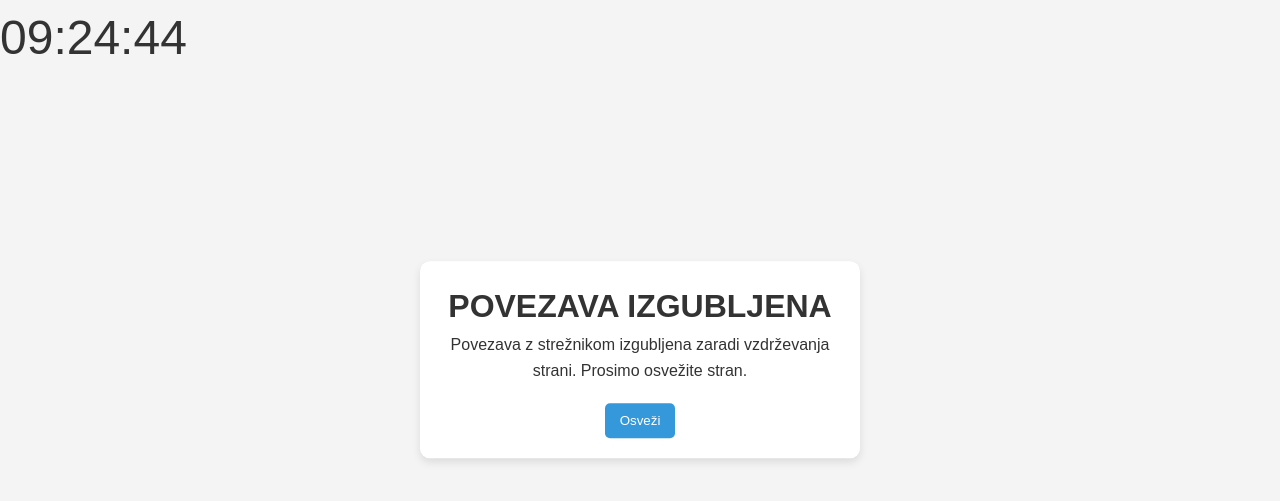
Repository: razrednicasopis/razrednicasopis.github.io
Page: Resources/ura.html
The author's editor kept a copy of each file at every save. The page is drawn from the files as they stood at one save, then again after a run of saves.
The browser window is 1280 px wide. The pictures show the whole page.

Above is the page before, as saved 2024-03-07 09:25:34.
Console error: TypeError: Cannot read properties of null (reading 'addEventListener')

### Resources/ura.html
<!DOCTYPE html>
<html lang="en">
<head>
  <meta charset="UTF-8">
  <title>Digitalna ura</title>
  <link rel="stylesheet" href="styless.css">
  <link rel="stylesheet" href="system.css">
</head>
<body>

  <div class="blur-container"></div>
  <div class="clock" id="clock"></div>

  <div id="maintenancePopup">
    <div id="maintenancePopupContent">
      <h1>POVEZAVA IZGUBLJENA</h1>
      <p>Povezava z strežnikom izgubljena zaradi vzdrževanja strani. Prosimo osvežite stran.</p>
      <button id="closeMaintenancePopupBtn">Osveži</button>
    </div>
</div>


  <script src="alerts.js"></script>
  <script src="maintenancemode.js"></script>
  <script>
    function updateClock() {
      const now = new Date();
      const hours = String(now.getHours()).padStart(2, '0');
      const minutes = String(now.getMinutes()).padStart(2, '0');
      const seconds = String(now.getSeconds()).padStart(2, '0');

      const time = `${hours}:${minutes}:${seconds}`;
      document.getElementById('clock').innerText = time;
    }

    // Update every second
    setInterval(updateClock, 1000);

    // Initial call to set the initial time
    updateClock();
  </script>
</body>
</html>

### Resources/styless.css
* {
  margin: 0;
  padding: 0;
  box-sizing: border-box;
}

/* Globalni slogi */
body {
  font-family: Arial, sans-serif;
  line-height: 1.6;
  background-color: #f4f4f4;
  color: #333;
  margin: 0;
  padding: 0;
  max-height: 100vh;
}


.container {
    text-align: center;
    margin-top: 50px;
}

.border-box {
    display: inline-block;
    padding: 200px;
    width: 550px;
    height: 500px;
    border: 5px solid #333; /* Set your desired border color */
    border-radius: 30px; /* Set the border radius for slightly curved corners */
    background-color: #333; /* Set your desired background color inside the border */
}

header {
  background: #333;
  color: #fff;
  padding: 20px;
}

header h1 {
  margin-bottom: 10px;
  font-size: 36px;
}

nav ul {
  list-style: none;
}

nav ul li {
  display: inline;
  margin-right: 20px;
}

nav ul li a {
  color: #fff;
  text-decoration: none;
}

main {
  padding: 20px;
}

section {
  margin-bottom: 30px;
}

section h2 {
  margin-bottom: 15px;
}

article {
  background: #fff;
  padding: 20px;
  border-radius: 5px;
  box-shadow: 0 0 5px rgba(0, 0, 0, 0.1);
}

article h3 {
  margin-bottom: 10px;
}

article p {
  color: #666;
}

article a {
  display: inline-block;
  margin-top: 10px;
  text-decoration: none;
  color: #333;
  border-bottom: 1px solid #333;
  padding-bottom: 2px;
}

article a:hover {
  color: #000;
  border-color: #000;
}



footer {
  text-align: center;
  padding: 30px;
  background-color: #333;
  color: #fff;
  position: absolute;
  bottom: auto;
  width: 100%;
  text-align: center;
}

### Resources/system.css
/* Koda za "Coming Soon" pop-up */

#popupContainer {
    display: none;
    position: fixed;
    top: 50%;
    left: 50%;
    transform: translate(-50%, -50%);
    background-color: #ffffff;
    box-shadow: 0 4px 8px rgba(0, 0, 0, 0.1);
    padding: 20px;
    border-radius: 10px;
    text-align: center;
    z-index: top;
  }

  #popupContent {
    max-width: 400px;
    margin: 0 auto;
  }

  #closePopupBtn {
    background-color: #3498db;
    color: #ffffff;
    padding: 10px 15px;
    border: none;
    border-radius: 5px;
    cursor: pointer;
  }

  #closePopupBtn:hover {
      background-color: #4da8e1;
  }

  #showPopupLink {
    display: inline-block;
    padding: 10px 15px;
    color: #ffffff;
    text-decoration: none;
    border-radius: 5px;
    cursor: pointer;
  }

body.popup-open {
   overflow: hidden;
}

.popup-open .blur-container {
  filter: blur(5px); /* Apply blur effect only when popup is open */
  pointer-events: none;
}

#maintenancePopup {
  display: none;
  position: fixed;
  top: 50%;
  left: 50%;
  transform: translate(-50%, -50%);
  background-color: #ffffff;
  box-shadow: 0 4px 8px rgba(0, 0, 0, 0.1);
  padding: 20px;
  border-radius: 10px;
  text-align: center;
  z-index: 999;
}

#maintenancePopupContent {
  max-width: 400px;
  margin: 0 auto;
}

#closeMaintenancePopupBtn {
  background-color: #3498db;
  color: #ffffff;
  padding: 10px 15px;
  border: none;
  border-radius: 5px;
  cursor: pointer;
  margin-top: 20px;
}

#closeMaintenancePopupBtn:hover {
  background-color: #4da8e1;
}

/* Koda za "Kontakt" obrazec */

#contactform {
    align-self: center;
    }

    .formcontainer {
      text-align: center;
      margin-top: 50px;
      display: flex;
      justify-content: center;
      align-items: flex-start; /* Align items at the top */
  }

  .border-box {
      display: inline-block;
      padding: 20px;
      width: 550px;
      height: 500px;
      border: 5px solid #333; /* Set your desired border color */
      border-radius: 30px; /* Set the border radius for slightly curved corners */
      background-color: #333; /* Set your desired background color inside the border */
  }

  form input,
form textarea {
    width: calc(100% - 40px); /* Adjusted width with a bit of padding on each side */
    padding: 10px; /* Increased padding for better readability */
    margin-bottom: 5px; /* Increased spacing between input areas */
    margin-top: 25px; /* Move input areas slightly lower */
    height: 40px; /* Increased height to make input areas bigger */
}

form select{
width: calc(100% - 40px); /* Adjusted width with a bit of padding on each side */
padding: 10px; /* Increased padding for better readability */
margin-bottom: 5px;
margin-top: 20px; /* Move input areas slightly lower */
height: 40px; /* Height of input areas */
border: 1px solid #ccc; /* Border style */
border-radius: 5px; /* Border radius */
font-size: 16px; /* Font size */
}

form textarea {
  height: 120px;
}

/* Form Submit Button Styles */

/* Your existing CSS code */
/* Koda za "Coming Soon" pop-up */

#popupContainer {
  display: none;
  position: fixed;
  top: 50%;
  left: 50%;
  transform: translate(-50%, -50%);
  background-color: #ffffff;
  box-shadow: 0 4px 8px rgba(0, 0, 0, 0.1);
  padding: 20px;
  border-radius: 10px;
  text-align: center;
  z-index: top;
}


#popupContent {
  max-width: 400px;
  margin: 0 auto;
}

#closePopupBtn {
  background-color: #3498db;
  color: #ffffff;
  padding: 10px 15px;
  border: none;
  border-radius: 5px;
  cursor: pointer;
}

#closePopupBtn:hover {
    background-color: #4da8e1;
}

#showPopupLink {
  display: inline-block;
  padding: 10px 15px;
  color: #ffffff;
  text-decoration: none;
  border-radius: 5px;
  cursor: pointer;
}

body.popup-open {
 overflow: hidden;
}

body.blur {
filter: blur(5px);
pointer-events: none;
z-index: 1;
}

/* Koda za "Kontakt" obrazec */

#contactform {
  align-self: center;
}

.formcontainer {
  text-align: center;
  margin-top: 50px;
  display: flex;
  justify-content: center;
  align-items: flex-start; /* Align items at the top */
}

.border-box {
  display: inline-block;
  padding: 20px;
  width: 550px;
  height: 500px;
  border: 5px solid #333; /* Set your desired border color */
  border-radius: 30px; /* Set the border radius for slightly curved corners */
  background-color: #333; /* Set your desired background color inside the border */
}

form input,
form textarea {
  width: calc(100% - 40px); /* Adjusted width with a bit of padding on each side */
  padding: 10px; /* Increased padding for better readability */
  margin-bottom: 5px; /* Increased spacing between input areas */
  margin-top: 25px; /* Move input areas slightly lower */
  height: 40px; /* Increased height to make input areas bigger */
}

form select{
width: calc(100% - 40px); /* Adjusted width with a bit of padding on each side */
padding: 10px; /* Increased padding for better readability */
margin-bottom: 5px;
margin-top: 20px; /* Move input areas slightly lower */
height: 40px; /* Height of input areas */
border: 1px solid #ccc; /* Border style */
border-radius: 5px; /* Border radius */
font-size: 16px; /* Font size */
}

form textarea {
height: 120px;
}

/* Combined CSS for Blob Button */

*, *:before, *:after {
  box-sizing: border-box;
  margin: 0;
  padding: 0;
}

.buttons {
  margin-top: 2 0px;
  text-align: center;
  border-radius: 30px;
}

.blob-btn {
  z-index: 1;
  position: relative;
  padding: 20px 150px;
  margin-bottom: 40px;
  margin-top: 10px;
  text-align: center;
  text-transform: uppercase;
  color: #0505A9;
  font-size: 16px;
  font-weight: bold;
  background-color: transparent;
  outline: none;
  border: none;
  transition: color 0.5s;
  cursor: pointer;
  border-radius: 30px;
}
.blob-btn:before {
  content: "";
  z-index: 1;
  position: absolute;
  left: 0;
  top: 0;
  width: 100%;
  height: 100%;
  border: 2px solid #0505A9;
  border-radius: 30px;
}
.blob-btn:after {
  content: "";
  z-index: -2;
  position: absolute;
  left: 3px;
  top: 3px;
  width: 100%;
  height: 100%;
  transition: all 0.3s 0.2s;
  border-radius: 30px;
}
.blob-btn:hover {
  color: #FFFFFF;
  border-radius: 30px;
}
.blob-btn:hover:after {
  transition: all 0.3s;
  left: 0;
  top: 0;
  border-radius: 30px;
}
.blob-btn__inner {
  z-index: -1;
  overflow: hidden;
  position: absolute;
  left: 0;
  top: 0;
  width: 100%;
  height: 100%;
  border-radius: 30px;
  background: #ffffff;
}
.blob-btn__blobs {
  position: relative;
  display: block;
  height: 100%;
  filter: url("#goo");
}
.blob-btn__blob {
  position: absolute;
  top: 2px;
  width: 30%;
  height: 100%;
  background: #0505A9;
  border-radius: 100%;
  transform: translate3d(0, 150%, 0) scale(1.7);
  transition: transform 0.45s;
}
@supports (filter: url("#goo")) {
  .blob-btn__blob {
    transform: translate3d(0, 150%, 0) scale(1.4);
  }
}
.blob-btn__blob:nth-child(1) {
  left: 0%;
  transition-delay: 0s;
}
.blob-btn__blob:nth-child(2) {
  left: 30%;
  transition-delay: 0.08s;
}
.blob-btn__blob:nth-child(3) {
  left: 60%;
  transition-delay: 0.16s;
}
.blob-btn__blob:nth-child(4) {
  left: 90%;
  transition-delay: 0.24s;
}
.blob-btn:hover .blob-btn__blob {
  transform: translateZ(0) scale(1.7);
}

/* Define the keyframes for the pulse effect */
@keyframes pulse {
  0% {
    box-shadow: 0 0 0 0 rgba(255, 255, 255, 0.7); /* Initial box shadow color, adjust to match button color */
  }
  50% {
    box-shadow: 0 0 0 20px rgba(255, 255, 255, 0); /* Intermediate box shadow color */
  }
  100% {
    box-shadow: 0 0 0 0 rgba(255, 255, 255, 0); /* Final box shadow color */
  }
}

/* Apply the animation to the button when it's clicked or focused */
.blob-btn:active, .blob-btn:focus {
  animation: pulse 0.3s ease-in-out; /* Adjust the duration to control the pulse speed */
}

@supports (filter: url("#goo")) {
  .blob-btn:hover .blob-btn__blob {
    transform: translateZ(0) scale(1.5);
  }
}

/* CSS za uro */

.clock {
  display: flex;
  font-size: 3em;
}


/*CSS za vse stranske nav skupine razen za glavno */

.seznamvsebin {
  display: inline-block;
  vertical-align: bottom;
  width: calc(20% - 4px); /* Adjust width to accommodate border */
  box-sizing: border-box;
  margin: 40px;
  border: 3px solid #000; /* Border thickness */
  height: 750px; /* Set desired height */
  /* Additional styling for seznamvsebin if needed */
  background-color: #f2f2f2;

}

.seznamvsebin nav {
    justify-content: center;
    padding: 30px;

}

.seznamvsebin nav a {
      display: inline-block;
      padding: 5px 10px;
      color: #000000;
      text-align: center;
      text-decoration: none;
      margin-bottom: 5px;
      border: 2px, transparent;
      border-radius: 5px;
      transition: linear, border 0.1s linear;
      font-weight: bold;
}


.seznamvsebin nav a:hover {
    background-color: #e0e0e0;
    border: 2px solid #000000
}

.NoviceContent {
  float: right; /* Align to the right */
  width: calc(80% - 250px); /* Adjusted width */
  box-sizing: border-box;
  margin-top: 100px;
}

.NoviceContent p {
  margin-bottom: 20px;
}

/* Pravila Obrazca CSS */

.pravilaobrazca {
  height: 630px;
}

.pravilaobrazca_opozorilo {
  margin-top: 275px; /* Keeps this div at the bottom */
  color: #666; /* Change text color if desired */
}

/* Random CSS */

/* CSS for the admin credits list */

.creditscontainer {
  display: flex;
  flex-wrap: wrap;
}

.creditslist {
  flex: 1;
  margin: 10px;
  padding: 0;
  list-style-type: none;
}

.creditslist li {
  margin-bottom: 5px;
}

### Resources/alerts.js
 document.addEventListener('DOMContentLoaded', function () {
        document.querySelectorAll('.showPopupLink').forEach(function (link) {
            link.addEventListener('click', function (event) {
                event.preventDefault();
                document.getElementById('popupContainer').style.display = 'block';
                document.body.classList.add('popup-open');
            });
        });

        document.getElementById('closePopupBtn').addEventListener('click', function () {
            document.getElementById('popupContainer').style.display = 'none';
            document.body.classList.remove('popup-open');
        });
    });

    //Maintenance mode pop-up

    document.addEventListener('DOMContentLoaded', function ()  {
        function toggleMaintenancePopup(show) {
            var maintenancePopup = document.getElementById('maintenancePopup');
            if (maintenancePopup) {
                maintenancePopup.style.display = show ? 'block' : 'none';
                document.body.classList.toggle('popup-open', show);
                console.log(Error);
            }
        }


    function checkMaintenanceStatus() {
        setInterval(function () {


            toggleMaintenancePopup(maintenanceMode);

        }, 1000);
    }

    document.getElementById('closeMaintenancePopupBtn').addEventListener('click', function ()  {
        location.reload();
    });

    checkMaintenanceStatus();
});

### Resources/maintenancemode.js
var maintenanceMode = true;

After the next 3 saves:
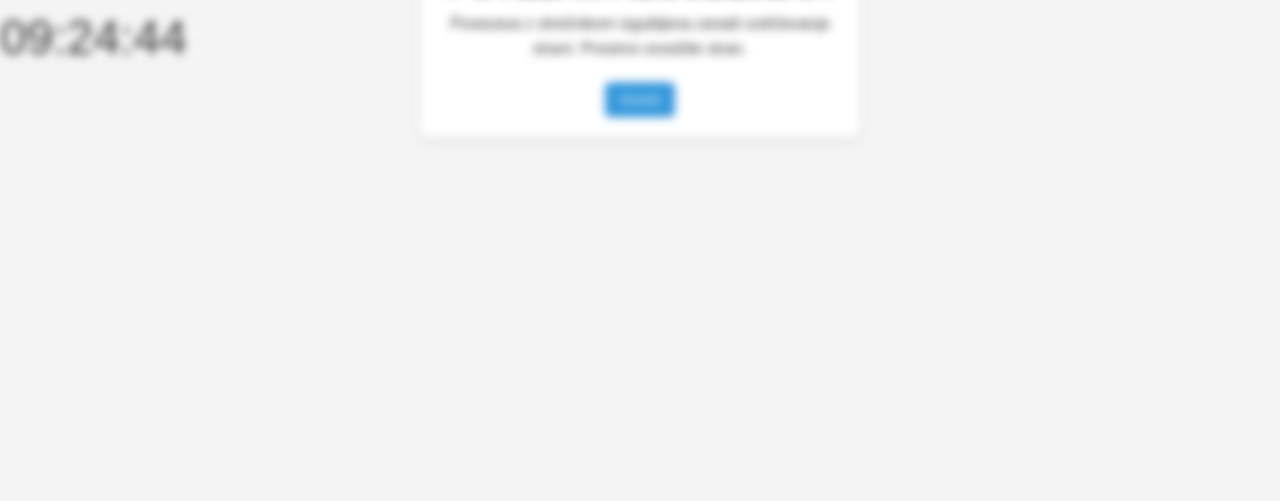
The 3 saves are shown as one change because they came seconds apart.
The last was saved 10 s later.
--- a/Resources/ura.html
+++ b/Resources/ura.html
@@ -8,7 +8,7 @@
 </head>
 <body>
 
-  <div class="blur-container"></div>
+  <div class="blur-container">
   <div class="clock" id="clock"></div>
 
   <div id="maintenancePopup">
@@ -18,6 +18,8 @@
       <button id="closeMaintenancePopupBtn">Osveži</button>
     </div>
 </div>
+
+  </div>
 
 
   <script src="alerts.js"></script>
